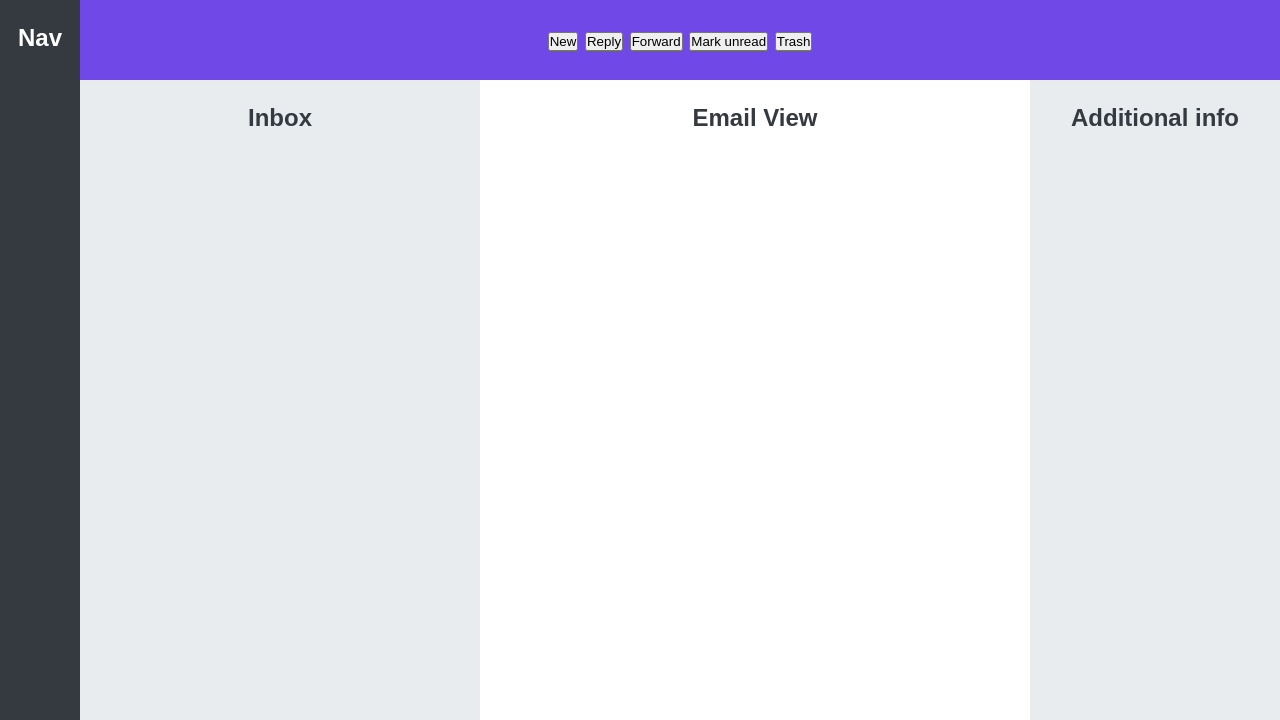
Repository: sunny070/CSS
Page: HTML and CSS some of the important components/06_app-layout.html
The author's editor kept a copy of each file at every save. The page is drawn from the files as they stood at one save, then again after a run of saves.
The browser window is 1280 px wide. The pictures show the whole page.

Above is the page before, as saved 2023-11-17 13:58:16.

After the next 4 saves:
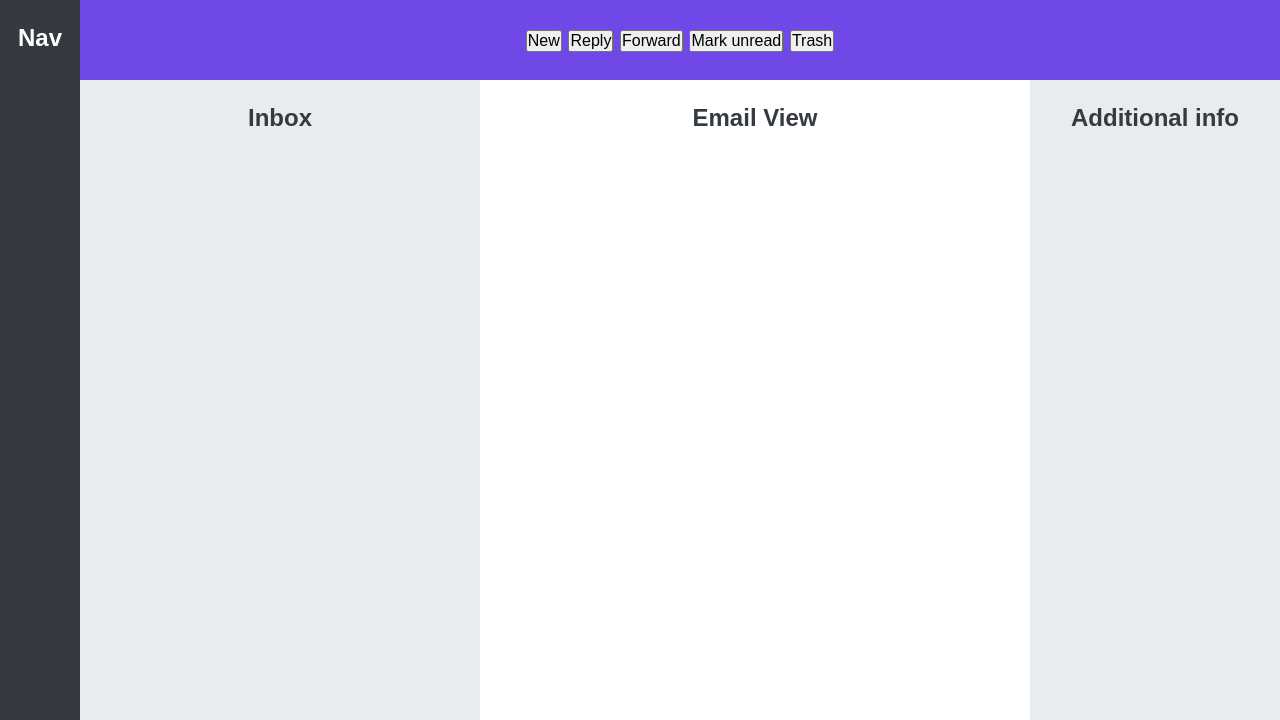
The 4 saves are shown as one change because they came seconds apart.
The last was saved 9 s later.
--- a/HTML and CSS some of the important components/06_app-layout.html
+++ b/HTML and CSS some of the important components/06_app-layout.html
@@ -34,7 +34,8 @@
             grid-column: 2/-1;
         }
         button{
-            font-size: ;
+            font-size: 16px;
+            background-color#
         }
         section{
             background-color:#e9ecef;
